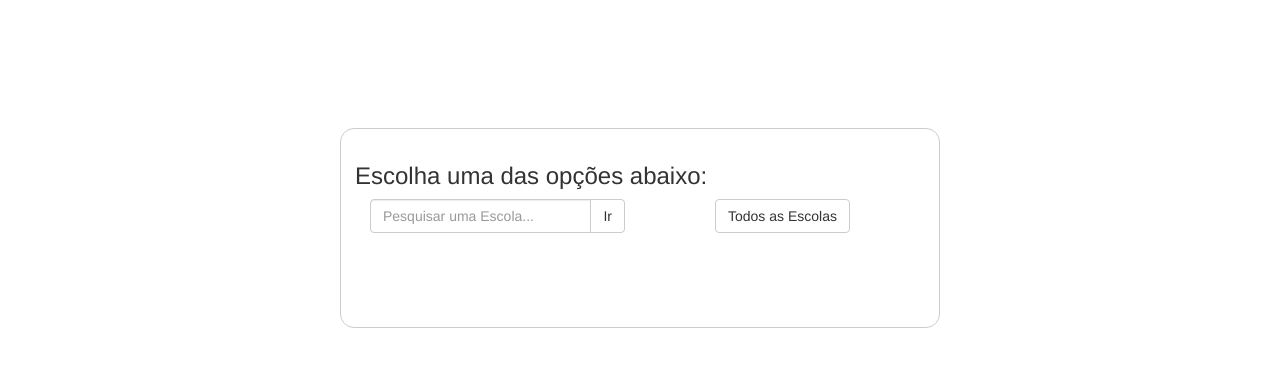
Repository: ipti/br.tag.webservice
Page: http://localhost/Restful-API-TAG/schools.jsp
An editor plug-in stored every save of this project. The page is shown before and after the next save, followed by the edit.
The browser window is 1280 px wide. The pictures show the whole page.
The page is served by Tomcat 9.

Above is the page before, as saved 2016-04-27 13:45:53.

After the next save:
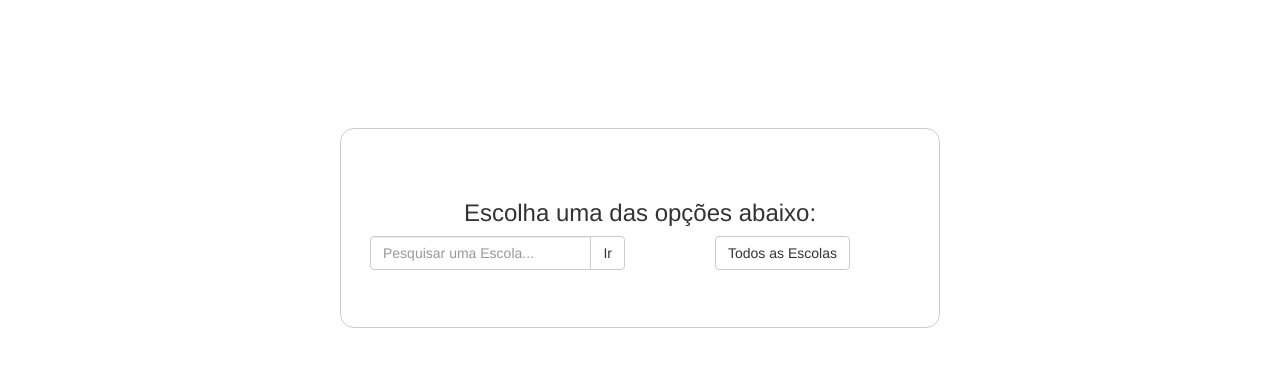
Saved 50 s later.
--- a/Restful-API-TAG/WebContent/schools.jsp
+++ b/Restful-API-TAG/WebContent/schools.jsp
@@ -9,7 +9,7 @@
 <title>API TAG - Escolas</title>
 </head>
 <body>
-	<div id="schoolsDiv">
+	<div id="schoolDiv">
 		<h3 id="titleSchool">Escolha uma das opções abaixo:</h3>
 
 		<div class="btn-group-md text-center" role="group" aria-label="...">
--- a/Restful-API-TAG/WebContent/css/styles.css
+++ b/Restful-API-TAG/WebContent/css/styles.css
@@ -11,7 +11,7 @@
     border-radius: 1em;
 }
 
-#studentsDiv, #schoolsDiv, #instructorsDiv, #classroomDiv {
+#studentDiv, #schoolDiv, #instructorDiv, #classroomDiv {
     /* Just to center the form on the page */
     margin: 10% auto;
     width: 600px;
@@ -27,7 +27,7 @@
 	margin-top: 13%;
 }
 
-#titleStudents {
+#titleStudent, #titleSchool, #titleInstructor, #titleClassroom {
 	text-align: center;
 	margin-top: 10%;
 }
